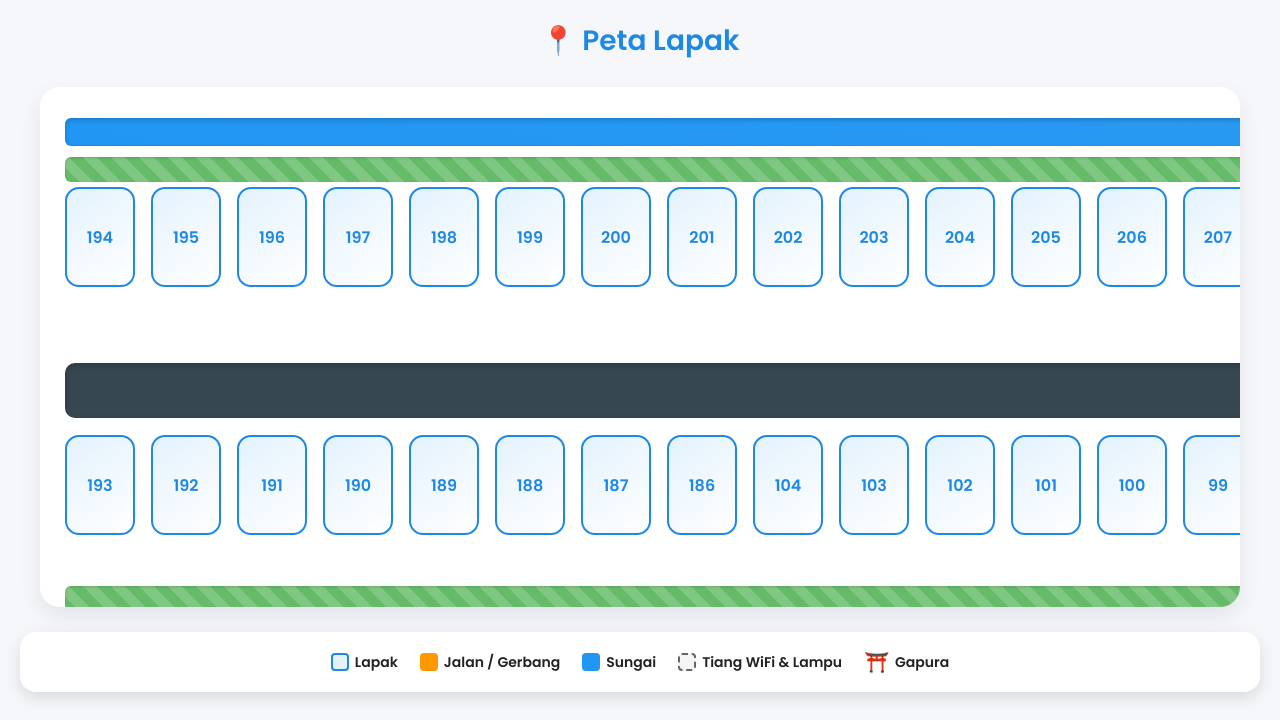
Repository: pasarrakyatbak/denah
Page: index.html
The author's editor kept a copy of each file at every save. The page is drawn from the files as they stood at one save, then again after the next save.
The browser window is 1280 px wide. The pictures show the whole page.
An inner scrolling area shows only its first screen.

Above is the page before, as saved 2025-09-19 18:56:07.

After the next save:
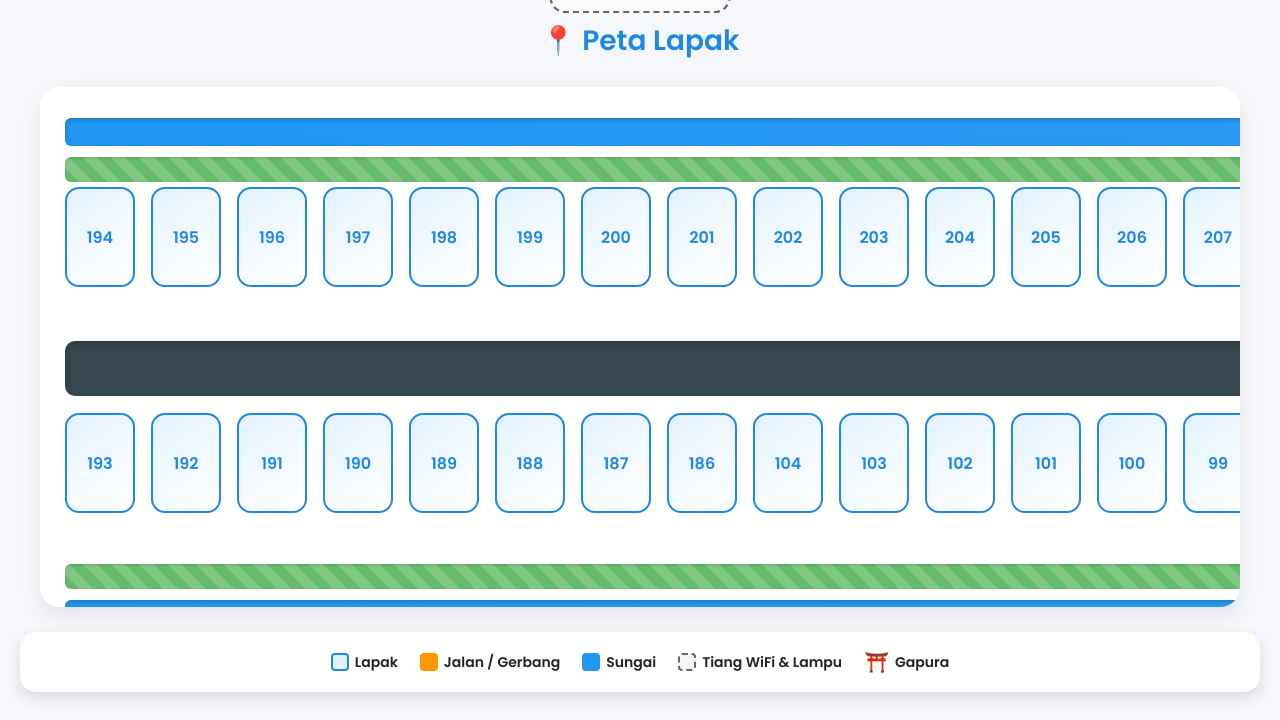
Saved 111 s later.
--- a/style.css
+++ b/style.css
@@ -154,19 +154,25 @@ h1 {
 
 /* Tiang WiFi + Lampu */
 .tiang-container {
-    width: auto;
+    position: absolute;
+    /* biar tidak dorong lapak */
+    top: -40px;
+    /* geser ke atas, nilai bisa disesuaikan */
+    left: 50%;
+    /* center horizontal */
+    transform: translateX(-50%);
+    z-index: 10;
+    /* biar muncul di atas lapak */
+
     min-width: 120px;
     padding: 8px 12px;
     background: #fafafa;
     border: 2px dashed #666;
     border-radius: 16px;
     display: flex;
-    flex-direction: row;
-    /* <== sejajar horizontal */
     align-items: center;
     justify-content: center;
     gap: 12px;
-    /* jarak antar ikon */
     font-size: 22px;
     font-weight: bold;
     color: #444;
